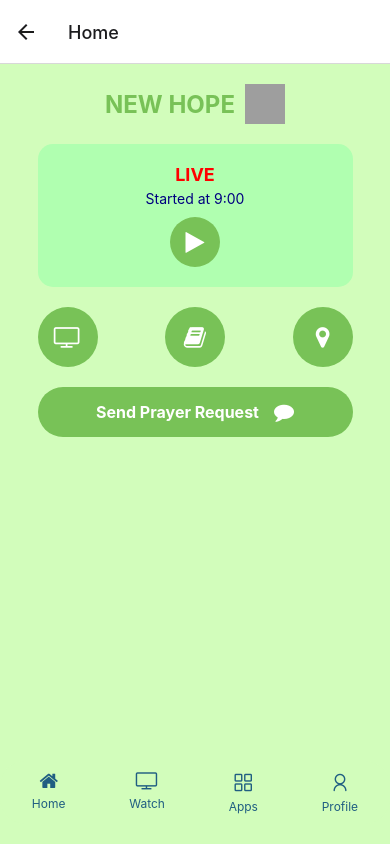
Repository: AbrahamM007/NewHopeChurchApp
Screen: /Home
The author's editor kept a copy of each file at every save. The screen is drawn from the files as they stood at one save, then again after the next save.
Pictures or frames that could not be fetched are drawn as grey boxes. The app was drawn by React Native's web renderer in a window 390 px wide. The project was rebuilt for these pictures with package versions that can differ from the ones it lists, and the page was loaded fresh each time. Some packages were replaced by stand-ins written for this rebuild. Also part of the build but not shown: screens/SignUpScreen.js.

Above is the screen before, as saved 2024-10-21 16:55:27.

After the next save:
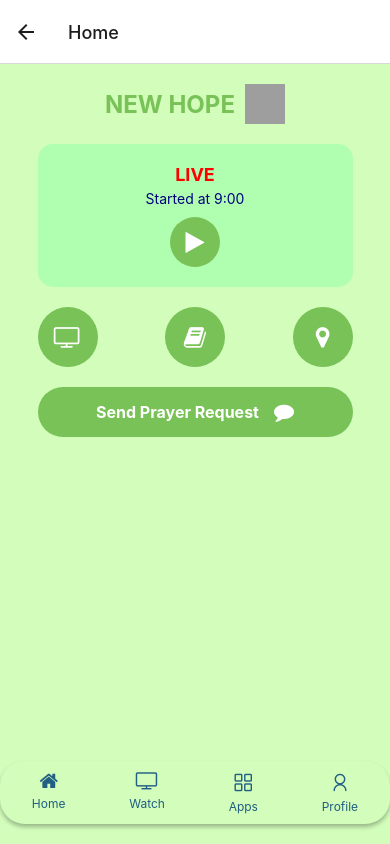
Saved 4 min 6 s later.
--- a/screens/HomeScreen.js
+++ b/screens/HomeScreen.js
@@ -162,6 +162,15 @@ const styles = StyleSheet.create({
     paddingVertical: 10,
     position: 'absolute',
     bottom: 20,
+
+    // Shadow properties for iOS
+    shadowColor: '#000',
+    shadowOffset: { width: 0, height: 3 },
+    shadowOpacity: 0.27,
+    shadowRadius: 4.65,
+
+    // Elevation for Android
+    elevation: 6,
   },
   navItem: {
     alignItems: 'center',
